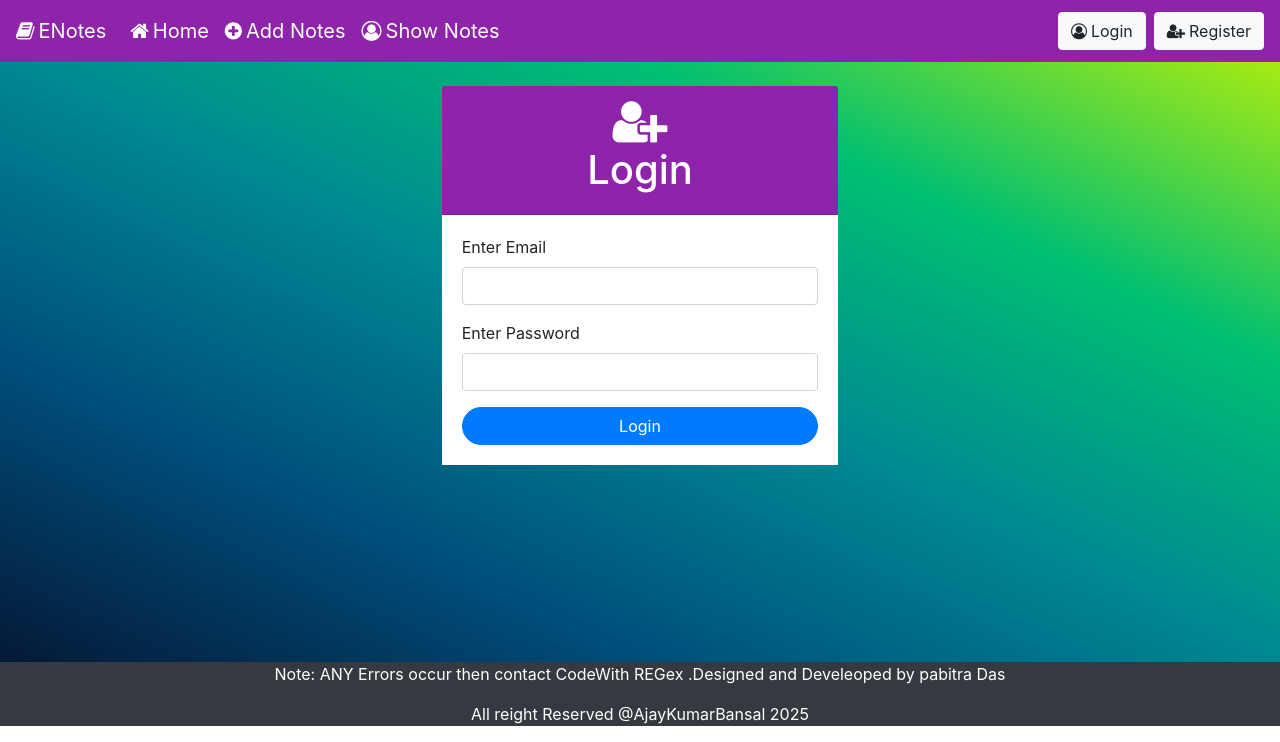
Repository: Bansal140899/eclipse-workspace
Page: http://localhost/ENotesProject/login.jsp
The author's editor kept a copy of each file at every save. The page is drawn from the files as they stood at one save, then again after the next save.
The browser window is 1280 px wide. The pictures show the whole page.
The page is served by Tomcat 10. Other server files are loaded and not shown.

Above is the page before, as saved 2025-12-23 07:32:38.

### ENotesProject/src/main/webapp/login.jsp
<%@ page language="java" contentType="text/html; charset=UTF-8"
	pageEncoding="UTF-8"%>
<!DOCTYPE html PUBLIC "-//W3C//DTD HTML 4.01 Transitional//EN" "http://www.w3.org/TR/html4/loose.dtd">
<html>
<head>
<meta http-equiv="Content-Type" content="text/html; charset=UTF-8">
<title>Login page</title>
</head>
<body>
	<%@include file="All_Component/allcss.jsp"%>
	<%@include file="All_Component/navbar.jsp"%>
	<div class="container-fluid div-color">
		<div class="row">
			<div class="col-md-4 offset-md-4">
				<div class="text-center text-white mt-4">

					<div class="card-header text-center text-white bg-custom">
						<i class="fa fa-user-plus fa-3x" aria-hidden="true"></i>
						<h1>Login</h1>

					</div>



					<%
					String FailedMsg = (String) session.getAttribute("failed-msg");
					if (FailedMsg != null) {
					%>
					<div class="alert alert-success" role="alert"><%=FailedMsg%>Register<a
							href="register.jsp">click here</a>
					</div>
					<%
					session.removeAttribute("failed-msg");
					}
					%>










				</div>
				<div class="card-body bgg-custom">
					<form action="loginServlet" method="post">

						<div class="form-group">
							<label> Enter Email</label> <input type="email"
								class="form-control" id="exampleInputEmail1" name="uemail"
								aria-describedby="emailHelp">
						</div>

						<div class="form-group">
							<label>Enter Password</label> <input type="password"
								class="form-control" id="exampleInputPassword1" name="upwd">
						</div>

						<button type="submit" class="btn btn-primary badge-pill btn-block">Login</button>
					</form>


				</div>
			</div>

		</div>

	</div>


	</div>

	<%@include file="All_Component/footer.jsp"%>
</body>
</html>

### ENotesProject/src/main/webapp/All_Component/allcss.jsp
<link rel="stylesheet"
	href="https://cdn.jsdelivr.net/npm/bootstrap@4.6.2/dist/css/bootstrap.min.css"
	integrity="sha384-xOolHFLEh07PJGoPkLv1IbcEPTNtaed2xpHsD9ESMhqIYd0nLMwNLD69Npy4HI+N"
	crossorigin="anonymous">

<link rel="stylesheet"
	href="https://cdnjs.cloudflare.com/ajax/libs/font-awesome/4.7.0/css/font-awesome.min.css">
<link rel="stylesheet" href="css/style.css">

<script
	src="https://cdn.jsdelivr.net/npm/jquery@3.5.1/dist/jquery.slim.min.js"
	integrity="sha384-DfXdz2htPH0lsSSs5nCTpuj/zy4C+OGpamoFVy38MVBnE+IbbVYUew+OrCXaRkfj"
	crossorigin="anonymous"></script>
<script
	src="https://cdn.jsdelivr.net/npm/popper.js@1.16.1/dist/umd/popper.min.js"
	integrity="sha384-9/reFTGAW83EW2RDu2S0VKaIzap3H66lZH81PoYlFhbGU+6BZp6G7niu735Sk7lN"
	crossorigin="anonymous"></script>
<script
	src="https://cdn.jsdelivr.net/npm/bootstrap@4.6.2/dist/js/bootstrap.min.js"
	integrity="sha384-+sLIOodYLS7CIrQpBjl+C7nPvqq+FbNUBDunl/OZv93DB7Ln/533i8e/mZXLi/P+"
	crossorigin="anonymous"></script>

### ENotesProject/src/main/webapp/All_Component/navbar.jsp
<%@page import="com.User.UserDetails"%>
<nav class="navbar navbar-expand-lg navbar-dark bg-custom navbar-custom">
	<a class="navbar-brand" href="#"><i class="fa fa-book mr-1"
		aria-hidden="true"></i>ENotes</a>
	<button class="navbar-toggler" type="button" data-toggle="collapse"
		data-target="#navbarSupportedContent"
		aria-controls="navbarSupportedContent" aria-expanded="false"
		aria-label="Toggle navigation">
		<span class="navbar-toggler-icon"></span>
	</button>

	<div class="collapse navbar-collapse" id="navbarSupportedContent">
		<ul class="navbar-nav mr-auto">
			<li class="nav-item active"><a class="nav-link" href="index.jsp"><i
					class="fa fa-home mr-1" aria-hidden="true"></i>Home <span
					class="sr-only">(current)</span></a></li>
			<li class="nav-item"><a class="nav-link" href="#"><i
					class="fa fa-plus-circle mr-1" aria-hidden="true"></i>Add Notes</a></li>

			<li class="nav-item"><a class="nav-link"><i
					class="fa fa-user-circle-o mr-1" aria-hidden="true"></i>Show Notes</a>
			</li>
		</ul>

		<%
		UserDetails user = (UserDetails) session.getAttribute("userD");
		if (user != null) {
		%>
		<a class="btn btn-light my-2 my-sm-0 mr-2" href="login.jsp"
			type="submit"><i class="fa fa-user-circle-o mr-1"
			aria-hidden="true"></i><%= user.getName() %></a> <a class="btn btn-light my-2 my-sm-0"
			href="register.jsp" type="submit"><i class="fa fa-user-plus mr-1"
			aria-hidden="true"></i>Logout</a>



		<%
		} else {
		%>
		<a class="btn btn-light my-2 my-sm-0 mr-2" href="login.jsp"
			type="submit"><i class="fa fa-user-circle-o mr-1"
			aria-hidden="true"></i>Login</a> <a class="btn btn-light my-2 my-sm-0"
			href="register.jsp" type="submit"><i class="fa fa-user-plus mr-1"
			aria-hidden="true"></i>Register</a>
		<%
		}
		%>








	</div>
</nav>

### ENotesProject/src/main/webapp/All_Component/footer.jsp
<div class="container-fluid bg-dark">
<p class="text-center text-white">Note: ANY Errors occur then contact CodeWith REGex .Designed and Develeoped by pabitra Das</p>
<p class="text-center text-white">All reight Reserved @AjayKumarBansal 2025</p>



</div>

### ENotesProject/src/main/webapp/css/style.css
.bg-custom{
	background:#8e24aa;
}
.navbar .nav-item .nav-link{
	font-size:20px;
	color:white;
}

.navbar-custom .nav-item:hover .nav-link{
	background:white;
	color:black;
    border-radius:10px;
}

.div-color{
	height:600px;
	background-image: linear-gradient(to right top, #051937, #004d7a, #008793, #00bf72, #a8eb12);

}
.bgg-custom{
	background-color:white;
}

After the next save:
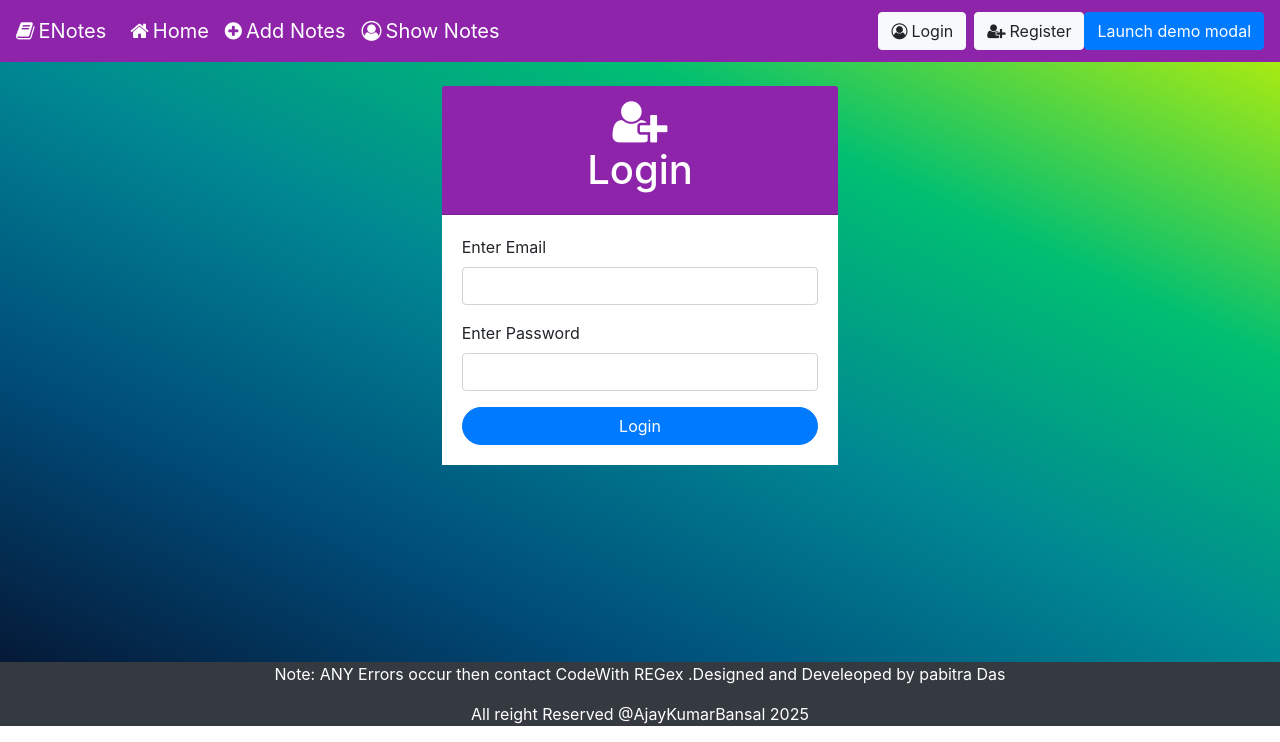
Saved 4 min 21 s later.
--- a/ENotesProject/src/main/webapp/All_Component/navbar.jsp
+++ b/ENotesProject/src/main/webapp/All_Component/navbar.jsp
@@ -54,4 +54,30 @@
 
 
 	</div>
+
+	<!-- Button trigger modal -->
+<button type="button" class="btn btn-primary" data-toggle="modal" data-target="#exampleModal">
+  Launch demo modal
+</button>
+
+<!-- Modal -->
+<div class="modal fade" id="exampleModal" tabindex="-1" role="dialog" aria-labelledby="exampleModalLabel" aria-hidden="true">
+  <div class="modal-dialog" role="document">
+    <div class="modal-content">
+      <div class="modal-header">
+        <h5 class="modal-title" id="exampleModalLabel">Modal title</h5>
+        <button type="button" class="close" data-dismiss="modal" aria-label="Close">
+          <span aria-hidden="true">&times;</span>
+        </button>
+      </div>
+      <div class="modal-body">
+        ...
+      </div>
+      <div class="modal-footer">
+        <button type="button" class="btn btn-secondary" data-dismiss="modal">Close</button>
+        <button type="button" class="btn btn-primary">Save changes</button>
+      </div>
+    </div>
+  </div>
+</div>
 </nav>

After the save that followed:
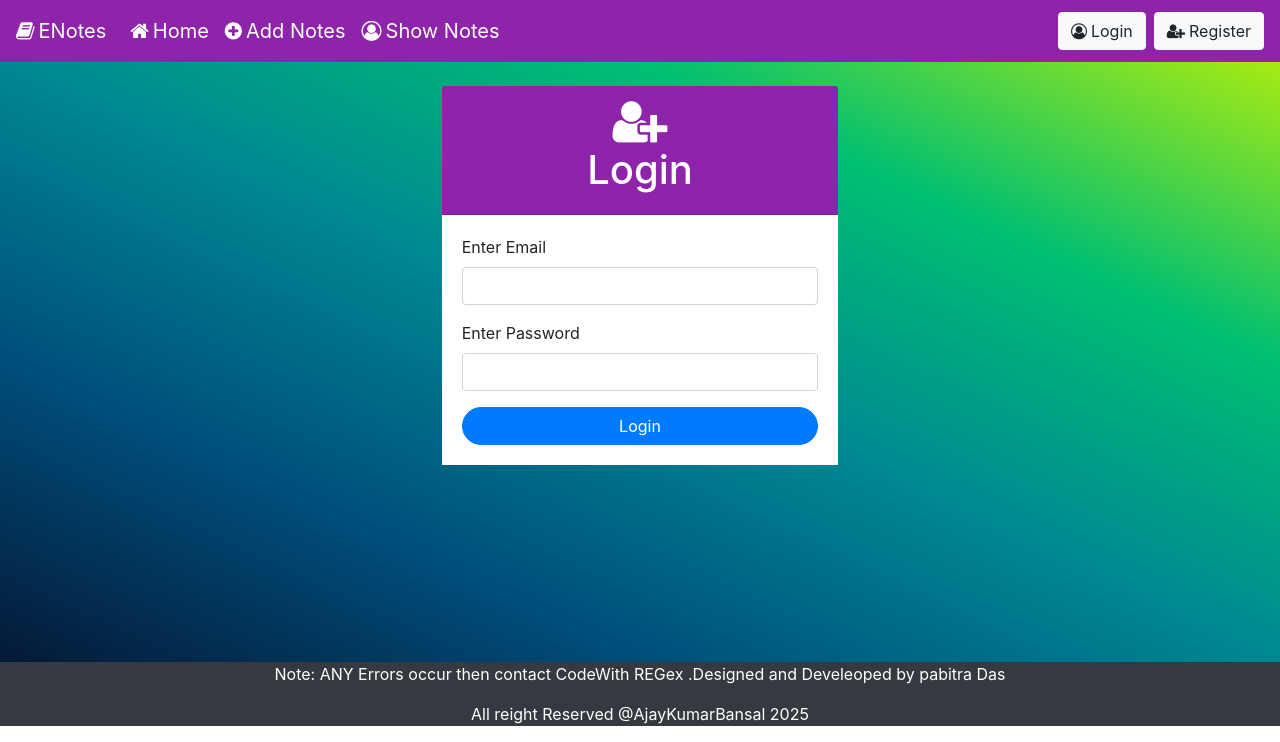
Saved 109 s later.
--- a/ENotesProject/src/main/webapp/All_Component/navbar.jsp
+++ b/ENotesProject/src/main/webapp/All_Component/navbar.jsp
@@ -26,9 +26,10 @@
 		UserDetails user = (UserDetails) session.getAttribute("userD");
 		if (user != null) {
 		%>
-		<a class="btn btn-light my-2 my-sm-0 mr-2" href="login.jsp"
+		<a class="btn btn-light my-2 my-sm-0 mr-2" href="#" data-toggle="modal" data-target="#exampleModal"
 			type="submit"><i class="fa fa-user-circle-o mr-1"
-			aria-hidden="true"></i><%= user.getName() %></a> <a class="btn btn-light my-2 my-sm-0"
+			aria-hidden="true"></i><%= user.getName() %>
+			</a> <a class="btn btn-light my-2 my-sm-0"
 			href="register.jsp" type="submit"><i class="fa fa-user-plus mr-1"
 			aria-hidden="true"></i>Logout</a>
 
@@ -56,9 +57,7 @@
 	</div>
 
 	<!-- Button trigger modal -->
-<button type="button" class="btn btn-primary" data-toggle="modal" data-target="#exampleModal">
-  Launch demo modal
-</button>
+
 
 <!-- Modal -->
 <div class="modal fade" id="exampleModal" tabindex="-1" role="dialog" aria-labelledby="exampleModalLabel" aria-hidden="true">
